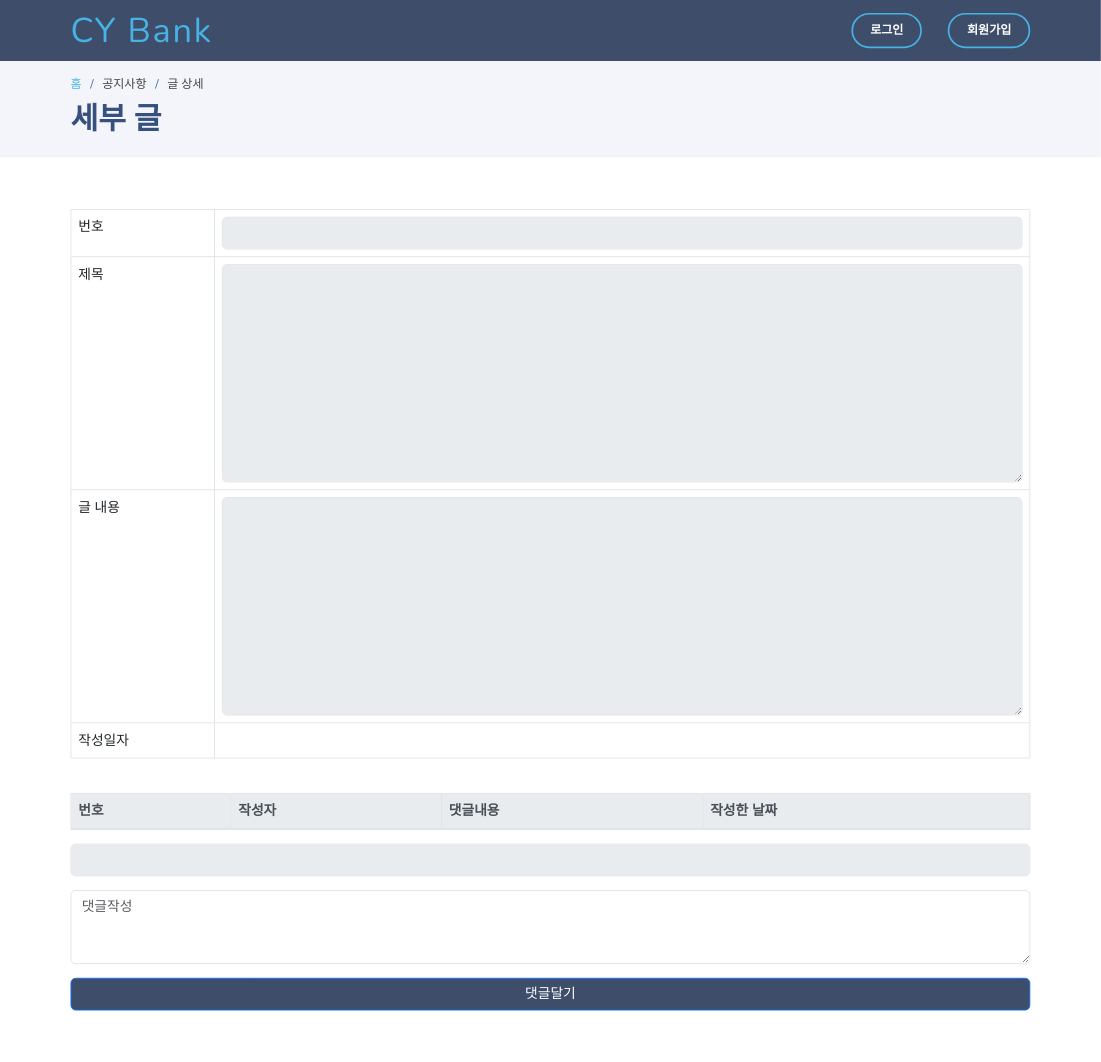
Repository: scy0814/Spring
Page: http://localhost/CYBank/jsp/notice/GetNotice.jsp
An editor plug-in stored every save of this project. The page is shown before and after the next save, followed by the edit.
The browser window is 1280 px wide. The pictures show the whole page, at 86% of full size.
The page is served by Tomcat 9. Other server files are loaded and not shown. The template is opened directly, without the code that normally fills it, so the values that code supplies are empty.

Above is the page before, as saved 2023-06-29 11:50:54.

### CYBank/src/main/webapp/jsp/notice/GetNotice.jsp
<%@page import="java.util.Date"%>
<%@page import="java.text.SimpleDateFormat"%>
<%@ page language="java" contentType="text/html; charset=UTF-8"
    pageEncoding="UTF-8"%>
<%@ taglib uri="http://java.sun.com/jsp/jstl/core" prefix="c"%>
<!DOCTYPE html>
<html>
<head>
<meta charset="UTF-8">
<title>Insert title here</title>
<!-- Bootstrap CSS -->
<link href="https://stackpath.bootstrapcdn.com/bootstrap/4.5.2/css/bootstrap.min.css" rel="stylesheet">
</head>
<header>
<jsp:include page="/jsp/include/header.jsp" />
</header>
<section id="breadcrumbs" class="breadcrumbs">
  <div class="container">
    <ol>
      <li><a href="/index.jsp">홈</a></li>
      <li>공지사항</li>
      <li>글 상세</li>
    </ol>
    <h2 style="font-size: 35px;">세부 글</h2>
  </div>
</section><!-- End Breadcrumbs -->
<body>
  <section class="inner-page">
    <div class="container">
      <input name="n_no" type="hidden" value="${notice.n_no}" />
      <table class="table table-bordered">
        <tr>
          <td>번호</td>
          <td><input name="n_no" type="text" value="${notice.n_no}" class="form-control" readonly/></td>
        </tr>
        <tr>
          <td>제목</td>
          <td><textarea name="n_title" cols="40" rows="10" class="form-control" disabled>${notice.n_title}</textarea></td>
        </tr>
        <tr>
          <td>글 내용</td>
          <td><textarea name="n_content" cols="40" rows="10" class="form-control" disabled>${notice.n_content}</textarea></td>
        </tr>
        <tr>
          <td>작성일자</td>
          <td>${notice.n_date}</td>
        </tr>
      </table>
      <br/>
      	<table class="table table-striped table-bordered">
            <thead class="thead-light">
                <tr>
                    <th>번호</th>
                    <th>작성자</th>
                    <th>댓글내용</th>
                    <th>작성한 날짜</th>
                </tr>
            </thead>
            <tbody>
                <c:forEach var="comment" items="${commentList}">
                    <tr>
                        <td>${comment.nc_no}</td>
                        <td>${comment.nc_id}</td>
                        <td>${comment.nc_comment}</td>
                        <td>${comment.nc_date}</td>
                    </tr>
                </c:forEach>
            </tbody>
        </table>
       <form action="${pageContext.request.contextPath }/noticeComment.do" method="post">
       	<input type="hidden" name="n_no" value="${ param.n_no }" />
        <div class="form-group">
          <input type="text" class="form-control" id="exampleFormControlInput1" value="${user.id }" name="id"  readonly >
        </div>
        <div class="form-group">
          <textarea class="form-control" id="exampleFormControlTextarea1" rows="3" placeholder="댓글작성" name="comment"></textarea>
        </div>
        <div class="d-grid gap-2">
          <button class="btn btn-primary" type="submit" style="background-color: #283a5ae6;">댓글달기</button>
        </div>
      </form>
    </div>
  </section>
</body>
</html>

### CYBank/src/main/webapp/jsp/include/header.jsp
<%@ page language="java" contentType="text/html; charset=UTF-8"
    pageEncoding="UTF-8"%>
    <%@ taglib prefix="c" uri="http://java.sun.com/jsp/jstl/core"%>
<!DOCTYPE html>
<html>
<head>
<meta charset="UTF-8">
 <!-- Favicons -->
  <link href="assets/img/favicon.png" rel="icon">
  <link href="assets/img/apple-touch-icon.png" rel="apple-touch-icon">


  <!-- Google Fonts -->
  <link href="https://fonts.googleapis.com/css?family=Open+Sans:300,300i,400,400i,600,600i,700,700i|Nunito:300,300i,400,400i,600,600i,700,700i|Poppins:300,300i,400,400i,500,500i,600,600i,700,700i" rel="stylesheet">

  <!-- Vendor CSS Files -->
  <link href="/CYBank/css/vendor/aos/aos.css" rel="stylesheet">
  <link href="/CYBank/css/vendor/bootstrap/css/bootstrap.min.css" rel="stylesheet">
  <link href="/CYBank/css/vendor/bootstrap-icons/bootstrap-icons.css" rel="stylesheet">
  <link href="/CYBank/css/vendor/glightbox/css/glightbox.min.css" rel="stylesheet">
  <link href="/CYBank/css/vendor/remixicon/remixicon.css" rel="stylesheet">
  <link href="/CYBank/css/vendor/swiper/swiper-bundle.min.css" rel="stylesheet">

  <!-- Template Main CSS File -->
  <link href="/CYBank/css/css/style.css" rel="stylesheet">
  <style>
  .fixed-top {
    position: fixed;
    z-index: 1030;
    background: #283a5ae6;
    top: 0;
    right: 0;
    left: 0;
}
  </style>

<title>Insert title here</title>
</head>
<body>
<!-- ======= Header ======= -->
  <header id="header" class="header fixed-top">
    <div class="container-fluid container-xl d-flex align-items-center justify-content-between">

      <a href="index.jsp" class="logo d-flex align-items-center">
        <span class="cybank">CY Bank</span>
      </a>
		<c:set var="isLogin" value="${empty user }" />
      <nav id="navbar" class="navbar">
        <ul>
        <c:if test="${not empty user}">
          <li><a class="nav-link scrollto active" href="index.jsp">홈</a></li>
          <li><a class="nav-link scrollto" href="${pageContext.request.contextPath }/noticeList.do">공지사항</a></li>
          <li><a class="nav-link scrollto" href="#about">오픈뱅킹</a></li>
           <li class="dropdown"><a href="${pageContext.request.contextPath }/account.do"><span>계좌</span> <i class="bi bi-chevron-down"></i></a>
            <ul>
              <li><a href="${pageContext.request.contextPath}/account.do">나의 계좌</a></li>
              <li><a href="${pageContext.request.contextPath}/createAccount.do">계좌 개설</a></li>
              <li><a href="${pageContext.request.contextPath}/transactionHistory.do">입출금 내역</a></li>
              <li><a href="${pageContext.request.contextPath}/closeAccount.do">계좌 해지</a></li>
            </ul>
          </li>
          <li><a class="nav-link scrollto" href="${pageContext.request.contextPath }/myPage.do">마이페이지</a></li>
          <li><a class="nav-link scrollto" href="${pageContext.request.contextPath }/customerCenter.do">고객센터</a></li>
          <li><a class="nav-link scrollto" href="${pageContext.request.contextPath }/logout.do">로그아웃</a></li>
          </c:if>
		<c:if test="${empty user}">
          <li><a class="getstarted scrollto" href="${pageContext.request.contextPath }/login.do">로그인</a></li>
          <li><a class="getstarted scrollto" href="${pageContext.request.contextPath }/signup.do">회원가입</a></li>
          </c:if>
        </ul>
        <i class="bi bi-list mobile-nav-toggle"></i>
      </nav><!-- .navbar -->

    </div>
  </header><!-- End Header -->
  <!-- Vendor JS Files -->
  <script src="/CYBank/css/vendor/purecounter/purecounter_vanilla.js"></script>
  <script src="/CYBank/css/vendor/aos/aos.js"></script>
  <script src="/CYBank/css/vendor/bootstrap/js/bootstrap.bundle.min.js"></script>
  <script src="/CYBank/css/vendor/glightbox/js/glightbox.min.js"></script>
  <script src="/CYBank/css/vendor/isotope-layout/isotope.pkgd.min.js"></script>
  <script src="/CYBank/css/vendor/swiper/swiper-bundle.min.js"></script>
  <script src="/CYBank/css/vendor/php-email-form/validate.js"></script>

  <!-- Template Main JS File -->
  <script src="/CYBank/css/js/main.js"></script>

</body>
</html>

Loaded but not shown: CYBank/src/main/webapp/css/js/main.js (258 lines, source omitted); CYBank/src/main/webapp/css/css/style.css (1830 lines, source omitted)

After the next save:
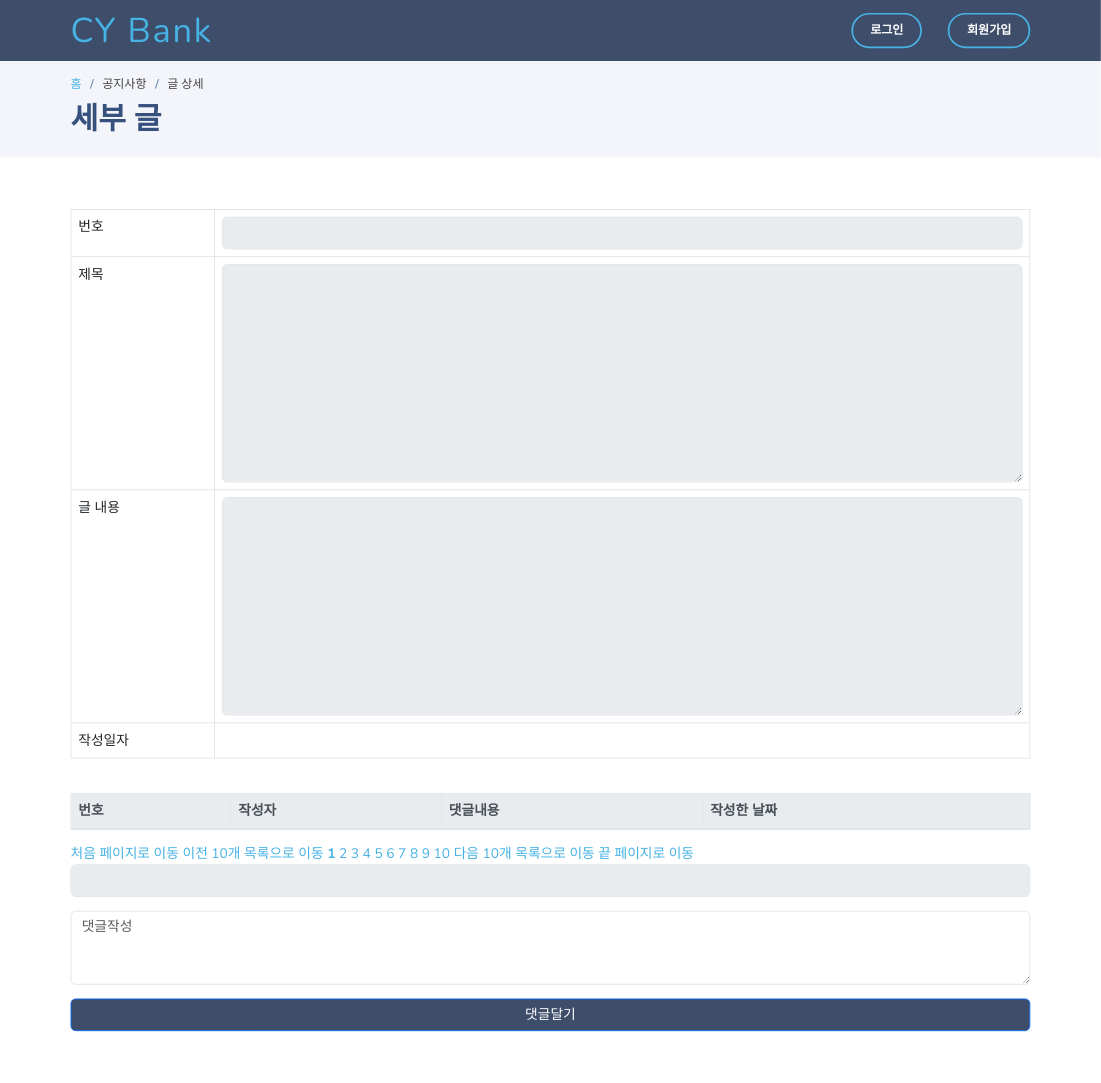
Saved 13 h 7 min later.
--- a/CYBank/src/main/webapp/jsp/notice/GetNotice.jsp
+++ b/CYBank/src/main/webapp/jsp/notice/GetNotice.jsp
@@ -67,6 +67,15 @@
                 </c:forEach>
             </tbody>
         </table>
+
+        <div class="paging">
+				<a href="/cont/customer/customer01/index.jsp" title="처음 페이지로 이동" class="first">처음 페이지로 이동</a>
+				<a href="/cont/customer/customer01/index.jsp" title="이전 10개 목록으로 이동" class="prev">이전 10개 목록으로 이동</a>
+				 <a href="/cont/customer/customer01/index.jsp"class="on"><strong>1</strong></a>  <a href="/cont/customer/customer01/index,1,list,2.jsp">2</a>  <a href="/cont/customer/customer01/index,1,list,3.jsp">3</a>  <a href="/cont/customer/customer01/index,1,list,4.jsp">4</a>  <a href="/cont/customer/customer01/index,1,list,5.jsp">5</a>  <a href="/cont/customer/customer01/index,1,list,6.jsp">6</a>  <a href="/cont/customer/customer01/index,1,list,7.jsp">7</a>  <a href="/cont/customer/customer01/index,1,list,8.jsp">8</a>  <a href="/cont/customer/customer01/index,1,list,9.jsp">9</a>  <a href="/cont/customer/customer01/index,1,list,10.jsp">10</a>
+				<a href="/cont/customer/customer01/index,1,list,11.jsp" title="다음 10개 목록으로 이동" class="next">다음 10개 목록으로 이동</a>
+				<a href="/cont/customer/customer01/index,1,list,43.jsp" title="끝 페이지로 이동" class="end">끝 페이지로 이동</a>
+			</div>
+
        <form action="${pageContext.request.contextPath }/noticeComment.do" method="post">
        	<input type="hidden" name="n_no" value="${ param.n_no }" />
         <div class="form-group">

After the save that followed:
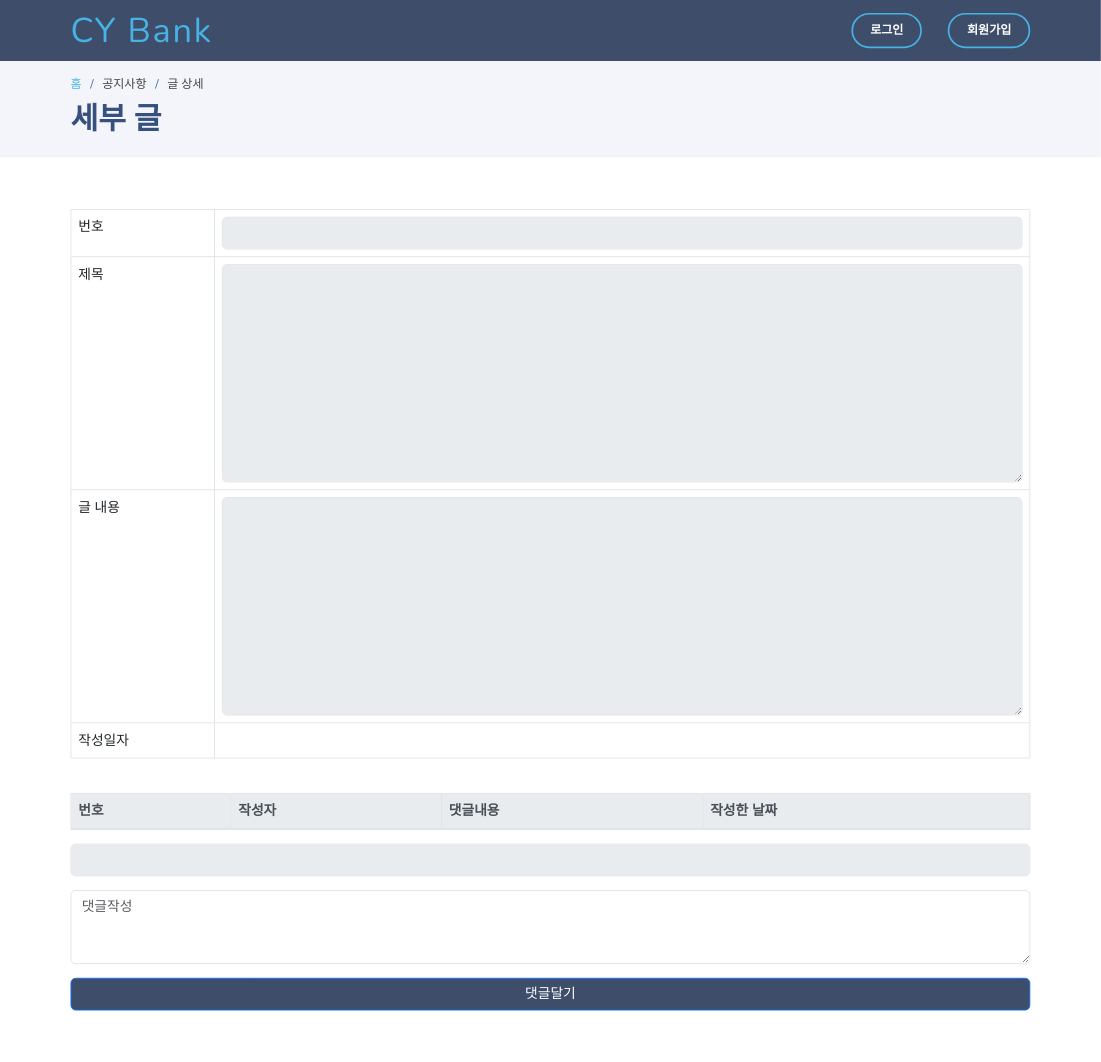
Saved 114 s later.
--- a/CYBank/src/main/webapp/jsp/notice/GetNotice.jsp
+++ b/CYBank/src/main/webapp/jsp/notice/GetNotice.jsp
@@ -68,14 +68,6 @@
             </tbody>
         </table>
 
-        <div class="paging">
-				<a href="/cont/customer/customer01/index.jsp" title="처음 페이지로 이동" class="first">처음 페이지로 이동</a>
-				<a href="/cont/customer/customer01/index.jsp" title="이전 10개 목록으로 이동" class="prev">이전 10개 목록으로 이동</a>
-				 <a href="/cont/customer/customer01/index.jsp"class="on"><strong>1</strong></a>  <a href="/cont/customer/customer01/index,1,list,2.jsp">2</a>  <a href="/cont/customer/customer01/index,1,list,3.jsp">3</a>  <a href="/cont/customer/customer01/index,1,list,4.jsp">4</a>  <a href="/cont/customer/customer01/index,1,list,5.jsp">5</a>  <a href="/cont/customer/customer01/index,1,list,6.jsp">6</a>  <a href="/cont/customer/customer01/index,1,list,7.jsp">7</a>  <a href="/cont/customer/customer01/index,1,list,8.jsp">8</a>  <a href="/cont/customer/customer01/index,1,list,9.jsp">9</a>  <a href="/cont/customer/customer01/index,1,list,10.jsp">10</a>
-				<a href="/cont/customer/customer01/index,1,list,11.jsp" title="다음 10개 목록으로 이동" class="next">다음 10개 목록으로 이동</a>
-				<a href="/cont/customer/customer01/index,1,list,43.jsp" title="끝 페이지로 이동" class="end">끝 페이지로 이동</a>
-			</div>
-
        <form action="${pageContext.request.contextPath }/noticeComment.do" method="post">
        	<input type="hidden" name="n_no" value="${ param.n_no }" />
         <div class="form-group">
